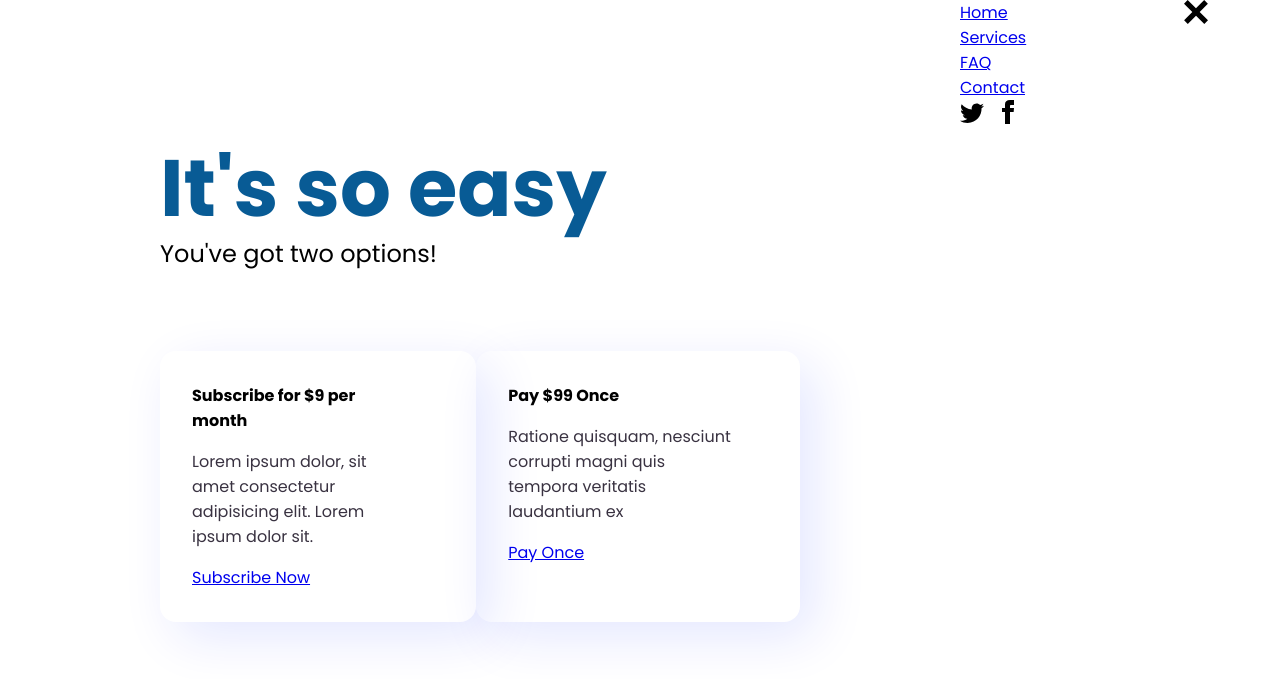
Repository: Hyperion72R/Animated-Navigation
Page: index.html
The author's editor kept a copy of each file at every save. The page is drawn from the files as they stood at one save, then again after the next save.
The browser window is 1280 px wide. The pictures show the whole page.
The style sheet was rebuilt from its Sass, Less or Tailwind sources for each picture, by a compiler version that may differ from the author's.

Above is the page before, as saved 2021-08-25 16:07:40.

### index.html
<!DOCTYPE html>
<html lang="en">
  <head>
    <meta charset="UTF-8" />
    <meta http-equiv="X-UA-Compatible" content="IE=edge" />
    <meta name="viewport" content="width=device-width, initial-scale=1.0" />
    <title>Document</title>
    <link rel="stylesheet" href="css/main.css" />
  </head>
  <body>
    <header>
      <a href="#" class="logo">awesomeservice</a>

      <nav>
        <ul>
          <li><a href="#">Home</a></li>
          <li><a href="#">Services</a></li>
          <li><a href="#">FAQ</a></li>
          <li class="active"><a href="#">Become a member</a></li>
        </ul>
      </nav>
    </header>

    <section>
      <h1>Go Big or Go Home</h1>
    </section>

    <div class="overlay">
      <div class="left">
        <h2>It's so easy</h2>
        <p class="subhead">You've got two options!</p>

        <div class="cards">
          <div class="card">
            <strong>Subscribe for $9 per month</strong>
            <p>
              Lorem ipsum dolor, sit amet consectetur adipisicing elit. Lorem
              ipsum dolor sit.
            </p>
            <a href="#" class="cta">Subscribe Now</a>
          </div>

          <div class="card">
            <strong>Pay $99 Once</strong>
            <p>
              Ratione quisquam, nesciunt corrupti magni quis tempora veritatis
              laudantium ex
            </p>
            <a href="#" class="cta pay-once">Pay Once</a>
          </div>
        </div>
      </div>

      <div class="middle">
        <ul class="secondary">
          <li><a href="#">Home</a></li>
          <li><a href="#">Services</a></li>
          <li><a href="#">FAQ</a></li>
          <li><a href="#">Contact</a></li>
        </ul>

        <div class="social-nav">
          <a href="" class="twitter"
            ><svg
              xmlns="http://www.w3.org/2000/svg"
              width="32"
              height="32"
              viewBox="0 -1.15 32 32"
            >
              <path
                d="M24 4.557c-.883.392-1.832.656-2.828.775 1.017-.609 1.798-1.574 2.165-2.724-.951.564-2.005.974-3.127 1.195-.897-.957-2.178-1.555-3.594-1.555-3.179 0-5.515 2.966-4.797 6.045-4.091-.205-7.719-2.165-10.148-5.144-1.29 2.213-.669 5.108 1.523 6.574-.806-.026-1.566-.247-2.229-.616-.054 2.281 1.581 4.415 3.949 4.89-.693.188-1.452.232-2.224.084.626 1.956 2.444 3.379 4.6 3.419-2.07 1.623-4.678 2.348-7.29 2.04 2.179 1.397 4.768 2.212 7.548 2.212 9.142 0 14.307-7.721 13.995-14.646.962-.695 1.797-1.562 2.457-2.549z"
              /></svg
          ></a>
          <a href="" class="facebook"
            ><svg
              xmlns="http://www.w3.org/2000/svg"
              width="32"
              height="32"
              viewBox="0 0 32 32"
            >
              <path
                d="M9 8h-3v4h3v12h5v-12h3.642l.358-4h-4v-1.667c0-.955.192-1.333 1.115-1.333h2.885v-5h-3.808c-3.596 0-5.192 1.583-5.192 4.615v3.385z"
              /></svg
          ></a>
        </div>
      </div>

      <div class="right">
        <svg
          class="exit"
          xmlns="http://www.w3.org/2000/svg"
          width="58"
          height="58"
          viewBox="0 0 58 58"
        >
          <path
            d="M24 20.188l-8.315-8.209 8.2-8.282-3.697-3.697-8.212 8.318-8.31-8.203-3.666 3.666 8.321 8.24-8.206 8.313 3.666 3.666 8.237-8.318 8.285 8.203z"
          />
        </svg>
      </div>
    </div>
  </body>
</html>

### css/main.scss
@import url("https://fonts.googleapis.com/css2?family=Poppins:ital,wght@0,400;0,500;0,600;0,700;0,800;0,900;1,400;1,500;1,600;1,700;1,800;1,900&display=swap");

*,
*:before,
*::after {
  box-sizing: border-box;
}

body::after {
  content: "";
  display: block;
  width: 100%;
  //   height: 108%;
  height: 100%;
  //   background-color: rgba(51, 51, 51, 0.5);
  background: rgba(38, 73, 91, 0.8);

  position: absolute;
  top: 0;
  left: 0;
  right: 0;
  bottom: 0;
  z-index: -10;
}

body {
  height: 100vh;
  //   background: #8000ff url("../assets/images/bg.jpg");
  //   background: linear-gradient(rgba(4, 230, 168, 0.8), rgba(44, 189, 230, 0.8)),
  //     url("../assets/images/bg.jpg");
  background: url("../assets/images/bg.jpg");
  //   object-fit: scale-down;
  background-size: cover;
  color: white;
  font-family: "Poppins";
  margin: 0;
  //   background-position: center;
  //   padding: 0;
  //   overflow: hidden;
  background-repeat: no-repeat;
}

ul {
  list-style-type: none;
  margin: 0;
  padding: 0;
}

section,
header {
  width: 70%;
  margin: 0 auto;
}

// .social-nav,
// .right {
//   display: none;
// }

header {
  display: flex;
  justify-content: space-between;
  align-items: center;

  a {
    color: white;
    text-decoration: none;
    padding: 2em;
  }

  a.logo {
    font-weight: bold;
    font-size: 1.25rem;
    padding: 0;
  }

  nav ul {
    display: flex;

    a {
      padding: 2.5em 1.5em;
      display: block;
    }

    li.active a {
      font-weight: bold;
      background: white;
      color: black;
      margin-left: 2em;
      padding: 2.5em;
    }
  }
}

h1 {
  font-size: 4rem;
  width: 40%;
  line-height: 5rem;
  // margin-left: 1.2em;
  margin-left: 2em;
  margin-top: 2.8em;
  // margin-top: 1.4em;
}

//  Overlay

.overlay {
  position: fixed;
  height: 100vh;
  background: white;
  top: 0;
  left: 0;
  width: 100%;
  display: grid;
  grid-template-columns: 75% auto 6em;
}

.left,
.right,
.middle {
  height: 100vh;
}

h2 {
  color: #085b95;
  font-size: 5rem;
  margin: 0;
}

.left {
  padding: 8em 10em;

  p.subhead {
    color: black;
    font-size: 1.5rem;
    margin-top: -0.5em;
  }
}

.cards {
  display: flex;
  margin-top: 5em;

  .card {
    padding: 2em;
    box-shadow: 15px 15px 53px rgba(0, 38, 255, 0.11);
    border-radius: 1em;
    padding-right: 4em;

    strong {
      color: black;
    }

    p {
      color: #393241;
    }
  }
}

After the next save:
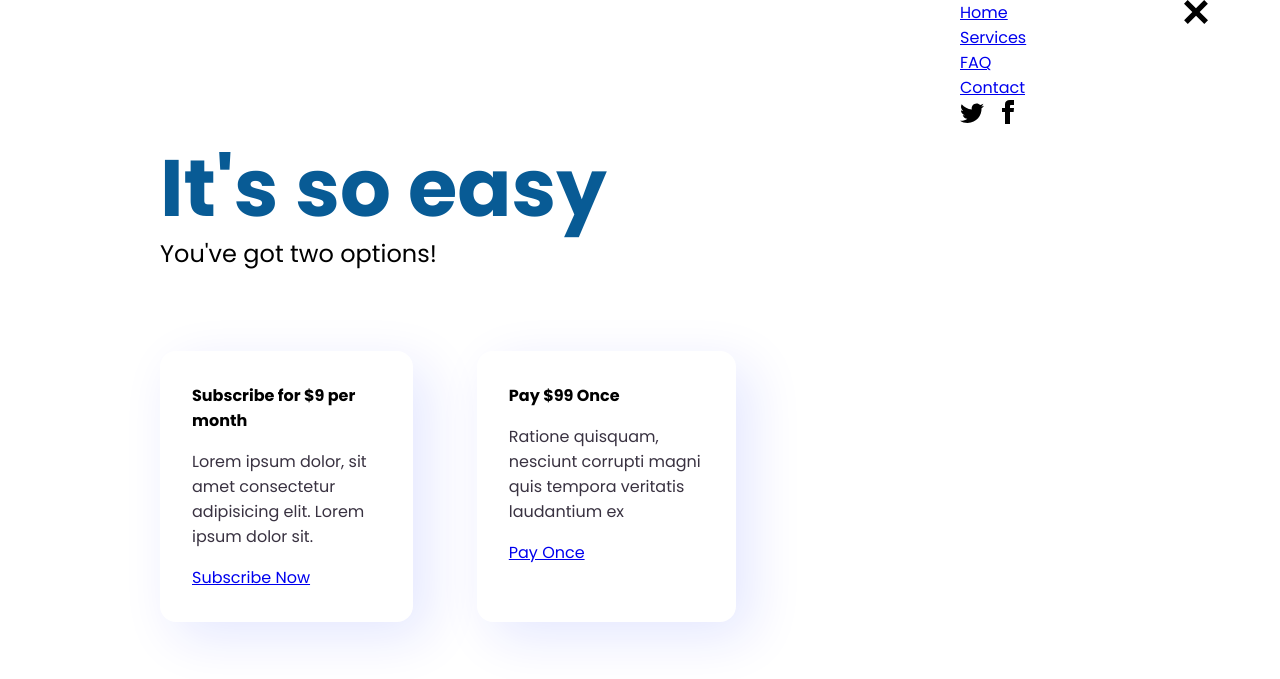
Saved 51 s later.
--- a/css/main.scss
+++ b/css/main.scss
@@ -145,7 +145,7 @@ h2 {
     padding: 2em;
     box-shadow: 15px 15px 53px rgba(0, 38, 255, 0.11);
     border-radius: 1em;
-    padding-right: 4em;
+    margin-right: 4em;
 
     strong {
       color: black;
